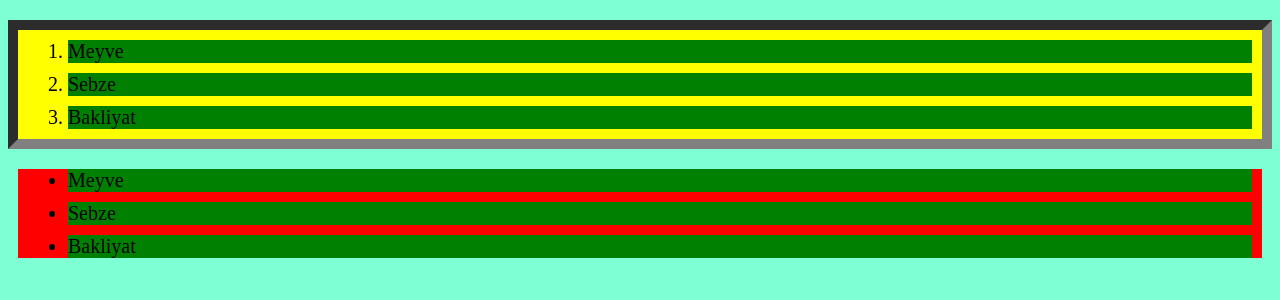
Repository: Kubraaygun/Html_Css_Login
Page: index.html
The author's editor kept a copy of each file at every save. The page is drawn from the files as they stood at one save, then again after the next save.
The browser window is 1280 px wide. The pictures show the whole page.

Above is the page before, as saved 2025-03-04 18:05:30.

### index.html
<!DOCTYPE html>
<html lang="en">
  <head>
    <meta charset="UTF-8" />
    <meta name="viewport" content="width=device-width, initial-scale=1.0" />
    <title>HTML</title>
    <link rel="stylesheet" href="style.css" />
  </head>

  <body>
    <!-- Sirali Listemiz -->
    <ol>
      <li>Meyve</li>
      <li>Sebze</li>
      <li>Bakliyat</li>
    </ol>
    <!-- Sirasiz Listemiz -->
    <ul>
      <li>Meyve</li>
      <li>Sebze</li>
      <li>Bakliyat</li>
    </ul>
  </body>
</html>

### style.css
body {
  font-size: 20px;
  background-color: aquamarine;
}
.h1:hover {
  background-color: purple;
}
#h1:hover {
  color: purple;
}
.link:hover {
  text-decoration: none;
}

ol {
  background-color: yellow;
  border: 10px inset gray;
}

ul {
  background-color: red;
  margin: 10px;
}

li {
  background-color: green;
  margin: 10px;
}

After the next save:
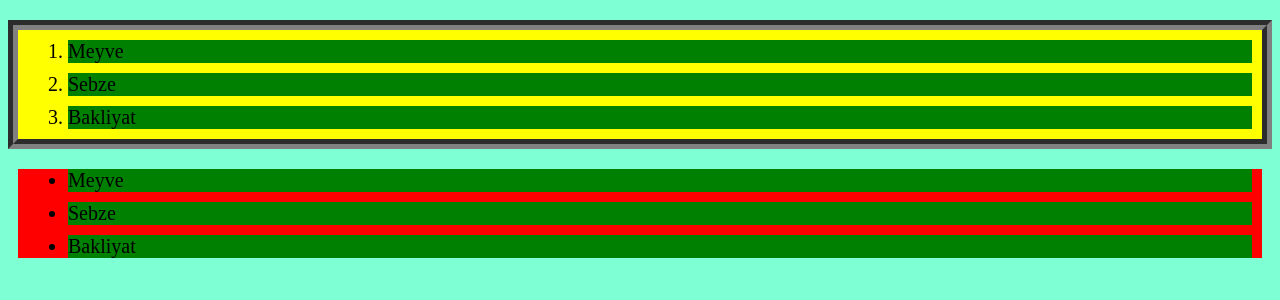
Saved 15 s later.
--- a/style.css
+++ b/style.css
@@ -14,7 +14,7 @@ body {
 
 ol {
   background-color: yellow;
-  border: 10px inset gray;
+  border: 10px groove gray;
 }
 
 ul {
